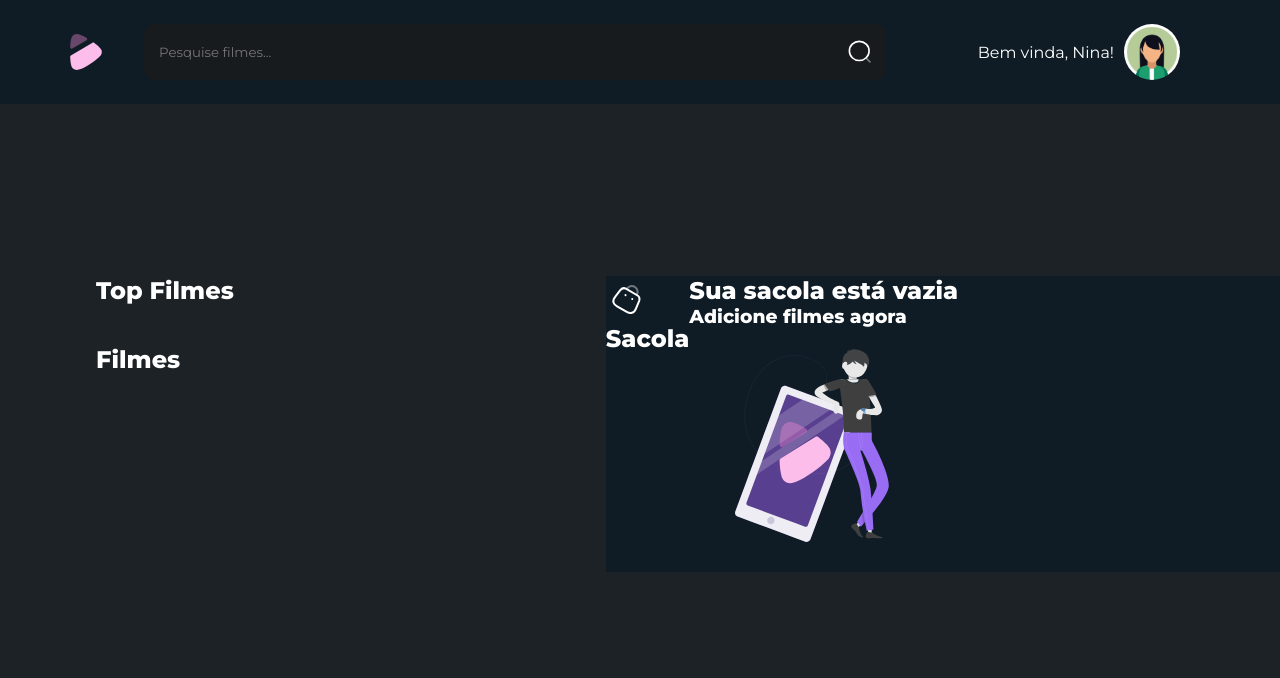
Repository: MilenaMelo/Cubos-Flix
Page: / (app in cubos-flix/)
An editor plug-in stored every save of this project. The page is shown before and after the next save, followed by the edit.
The browser window is 1280 px wide. The pictures show the whole page.
The project was rebuilt for these pictures with package versions that can differ from the ones it lists, and the page was loaded fresh each time.

Above is the page before, as saved 2021-06-19 15:10:34.

After the next save:
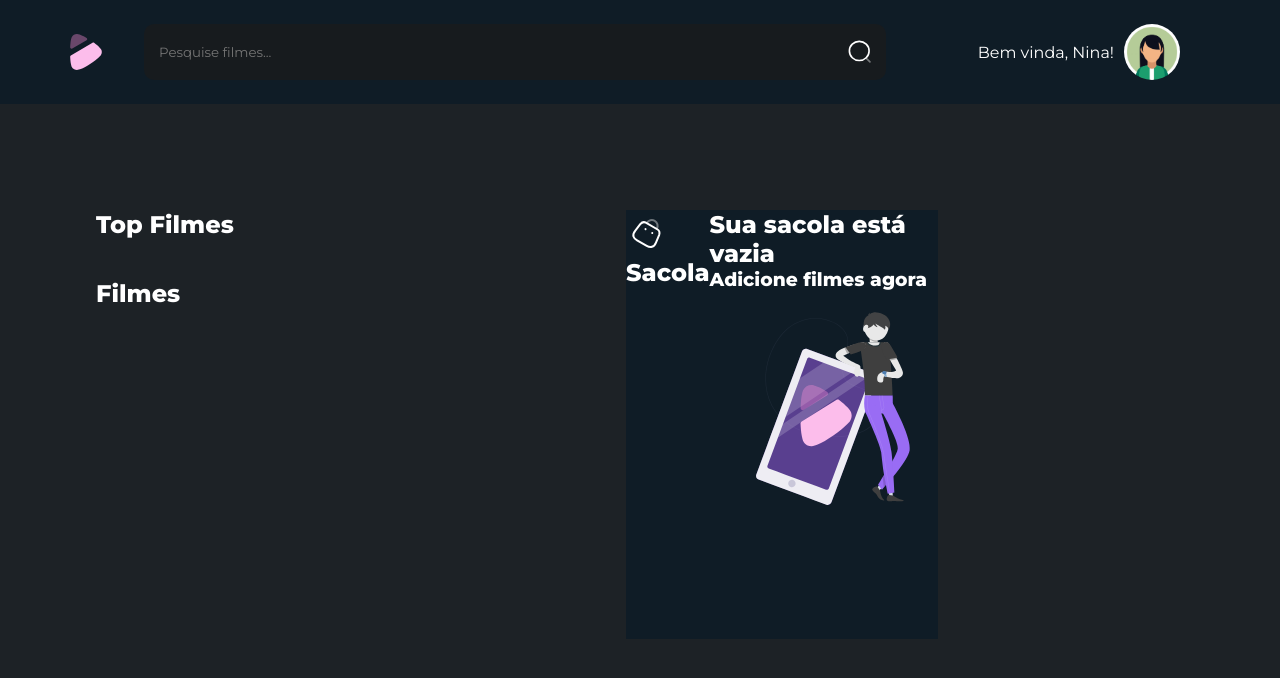
Saved 33 s later.
--- a/cubos-flix/src/components/Bag/style.css
+++ b/cubos-flix/src/components/Bag/style.css
@@ -1,6 +1,8 @@
 /* ----------- BAG ----------- */
 
 .bag-container {
+    width: 312px;
+    height: 429px;
     display: flex;
     background: #0F1C26;
 }
